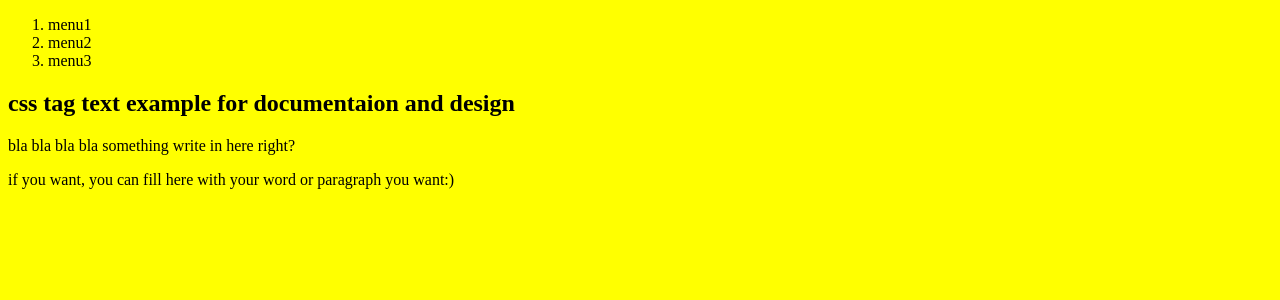
Repository: LucestDail/WebEclipse-Workspace
Page: htmlProject/WebContent/cssEx1.html
The author's editor kept a copy of each file at every save. The page is drawn from the files as they stood at one save, then again after the next save.
The browser window is 1280 px wide. The pictures show the whole page.

Above is the page before, as saved 2020-11-06 03:07:29.

After the next save:
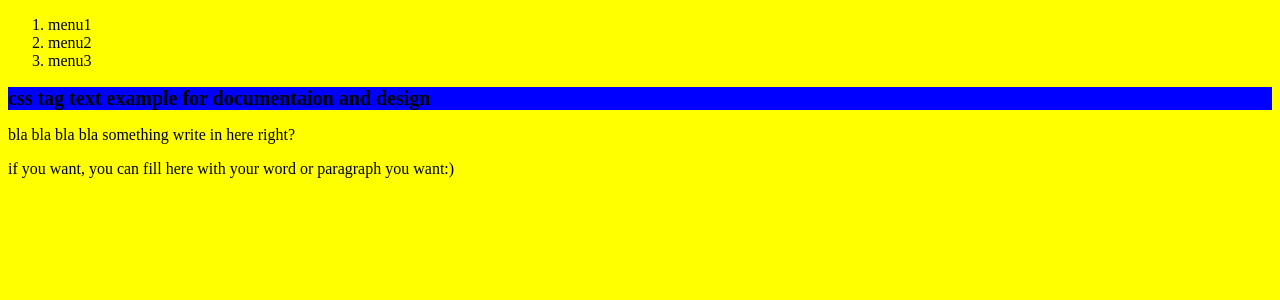
Saved 2 min 29 s later.
--- a/htmlProject/WebContent/cssEx1.html
+++ b/htmlProject/WebContent/cssEx1.html
@@ -10,7 +10,11 @@
 li{
 	list-style-type: decimal;
 }
-
+h2{
+	font-size: 20px;
+	font-color: red;
+	background-color: blue;
+}
 </style>
 </head>
 <body>
